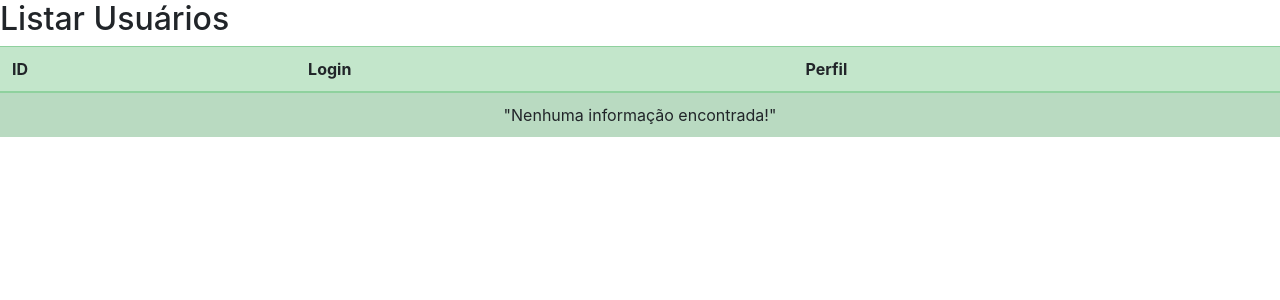
Repository: eduardo-r-jesus/Projeto_Centro_Cirurgico
Page: http://localhost/centro_cirurgico_web/formListaUsuario.jsp
These files come from the project's save history. The page is drawn as it stood at one moment and after the next save; the edit follows.
The browser window is 1280 px wide. The pictures show the whole page.
The page is served by Tomcat 9. Queries for data that is not in the repository find no rows.

Above is the page before, as saved 2021-09-09 21:59:10.

After the next save:
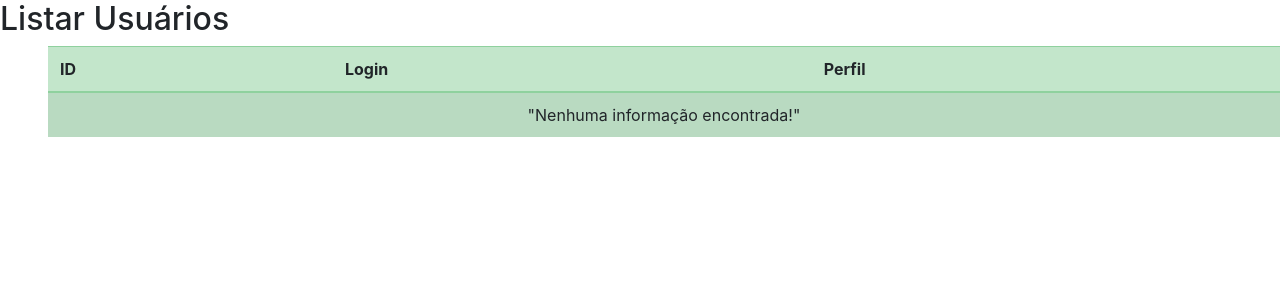
Saved 11 s later.
--- a/centro_cirurgico_web/src/main/webapp/formListaUsuario.jsp
+++ b/centro_cirurgico_web/src/main/webapp/formListaUsuario.jsp
@@ -14,7 +14,7 @@
 
 <h2>Listar Usuários</h2>
 
-<div class="ms-5">
+<div class="ml-5">
 
 
 <table class="table table-success table-striped table-hover">

After the save that followed:
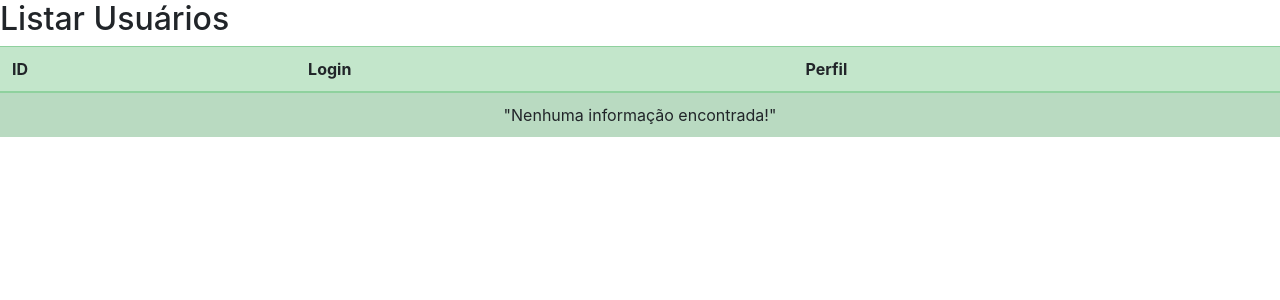
Saved 5 min 10 s later.
--- a/centro_cirurgico_web/src/main/webapp/formListaUsuario.jsp
+++ b/centro_cirurgico_web/src/main/webapp/formListaUsuario.jsp
@@ -13,8 +13,6 @@
 </head>
 
 <h2>Listar Usuários</h2>
-
-<div class="ml-5">
 
 
 <table class="table table-success table-striped table-hover">
@@ -57,4 +55,3 @@
 		}
 		%>
 </table>
-</div>
